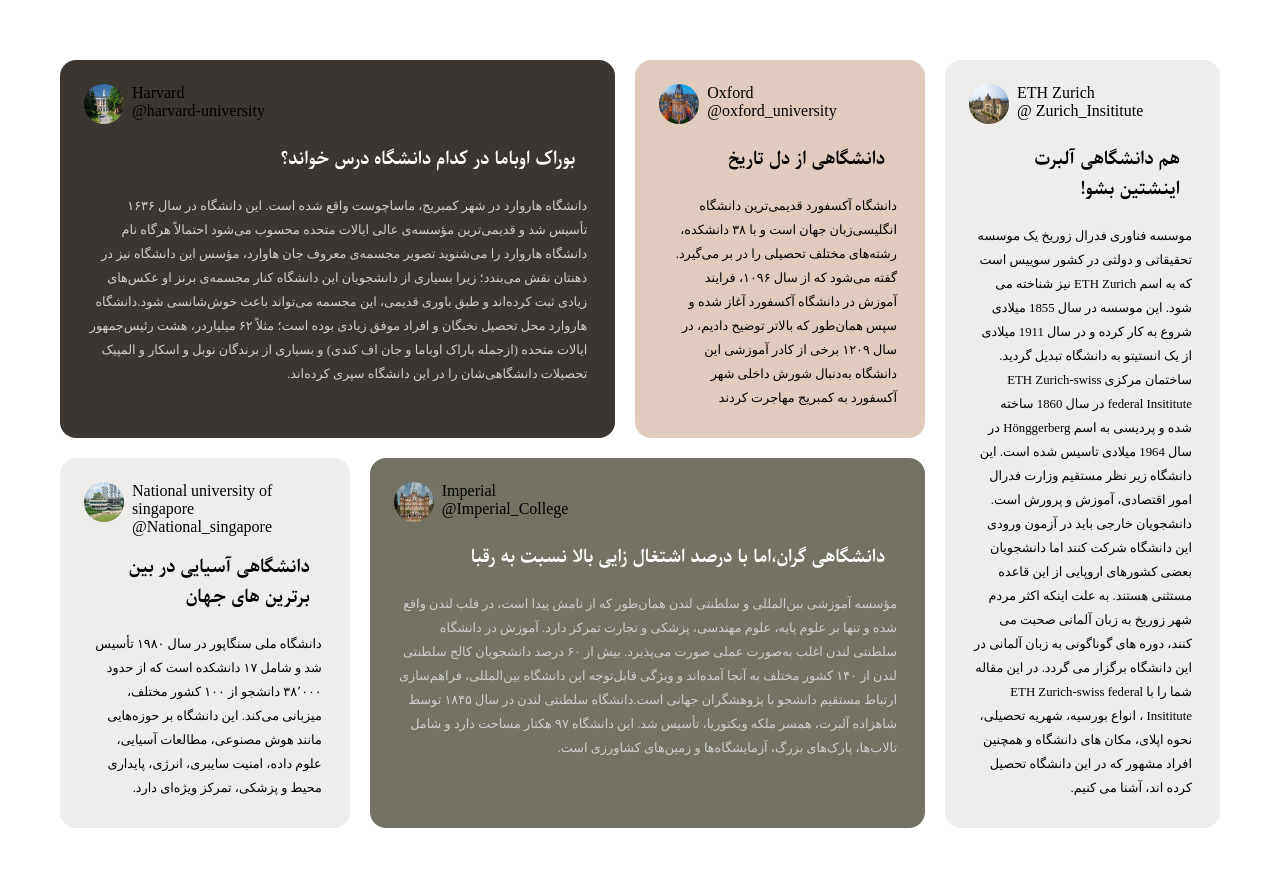
Repository: rahanwz/cards
Page: cards.html
These files come from the project's save history. The page is drawn as it stood at one moment and after the next save; the edit follows.
The browser window is 1280 px wide. The pictures show the whole page.
Some web fonts or font styles are not loaded; a fallback is used.

Above is the page before, as saved 2024-02-17 16:12:39.

After the next save:
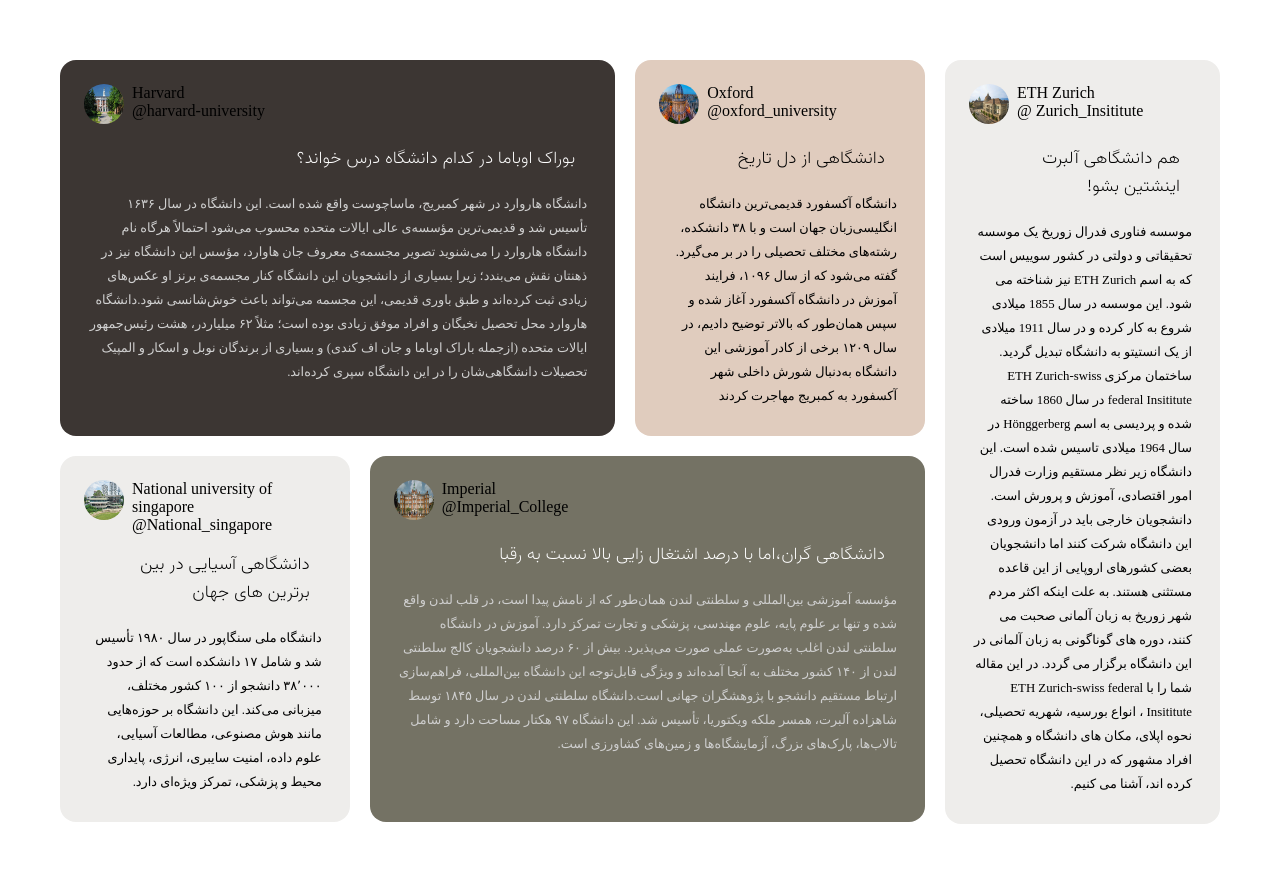
Saved 4 s later.
--- a/cards.css
+++ b/cards.css
@@ -118,5 +118,5 @@
 
 @font-face{
   font-family:titr;
-  src: url(font/Vazir-Thin.);
+  src: url(font/Vazir-Thin.woff2);
 }

After the 3 saves that followed:
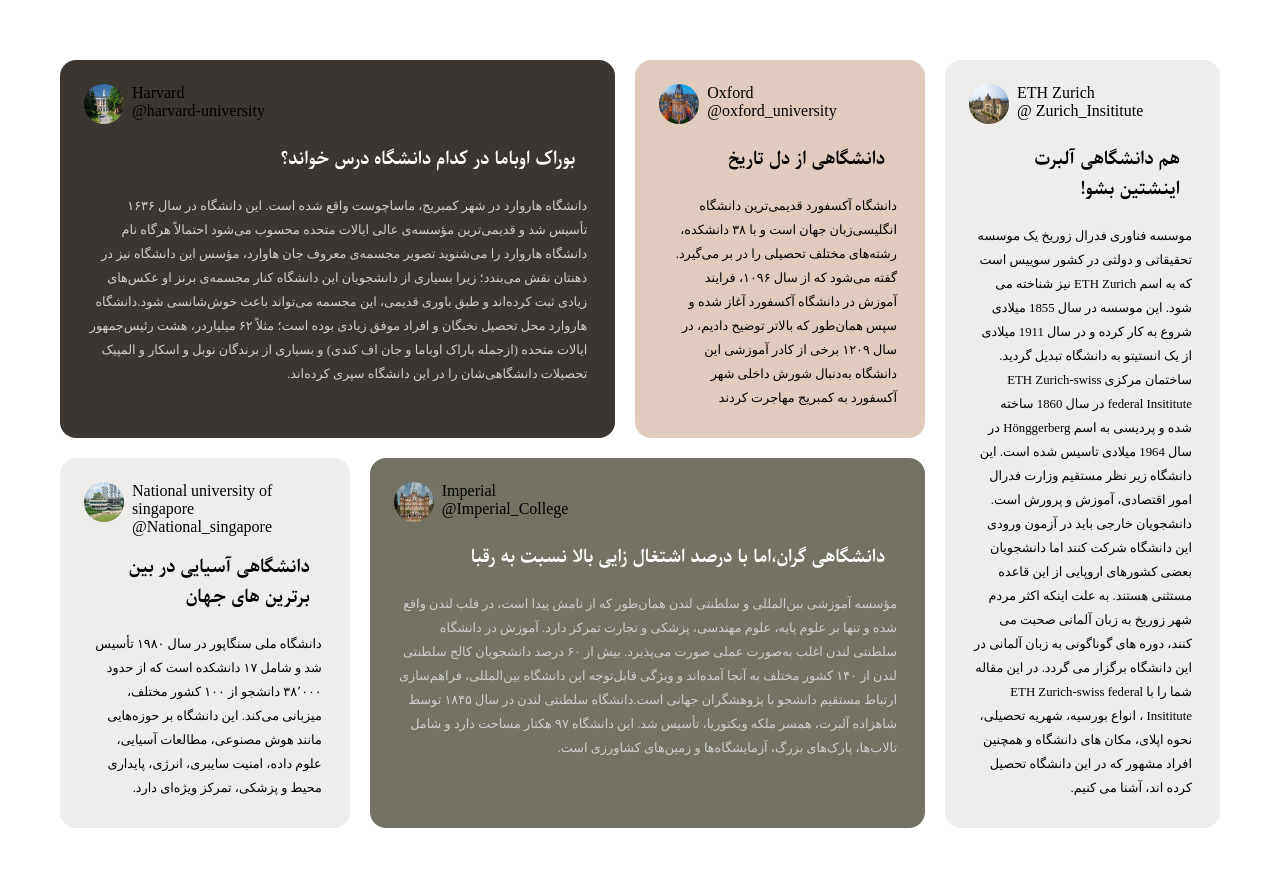
The 3 saves are shown as one change because they came seconds apart.
The last was saved 15 s later.
--- a/cards.css
+++ b/cards.css
@@ -117,6 +117,6 @@
 
 
 @font-face{
-  font-family:titr;
+  font-family:;
   src: url(font/Vazir-Thin.woff2);
 }
